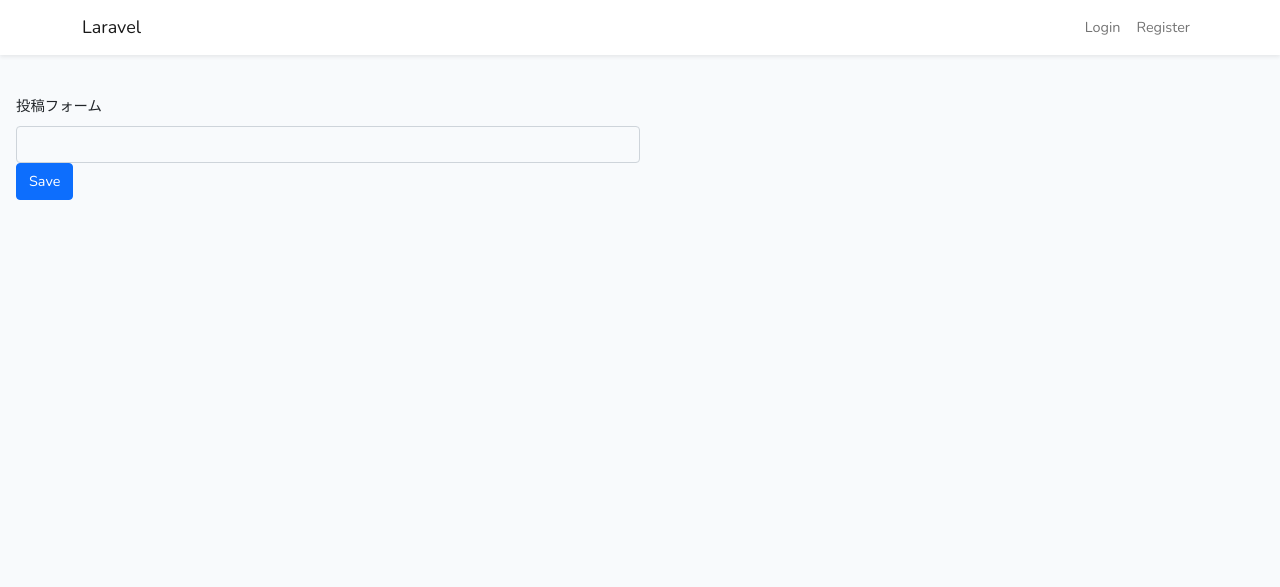
Repository: mmtt83/laravel_myproject
Page: http://localhost/post
The author's editor kept a record of every edit. The page is drawn from the files as they stood at one moment, then again after the next edit.
The browser window is 1280 px wide. The pictures show the whole page.
The page is served by the project's Laravel application, run on PHP 8.4 with Laravel 9. Other server files are loaded and not shown. Queries for data that is not in the repository find no rows.

Above is the page before.

### cms/app/Providers/AppServiceProvider.php
<?php

namespace App\Providers;

use Illuminate\Support\ServiceProvider;
use Illuminate\Routing\UrlGenerator;

class AppServiceProvider extends ServiceProvider
{
    /**
     * Register any application services.
     *
     * @return void
     */
    public function register()
    {
        //
    }

    /**
     * Bootstrap any application services.
     *
     * @return void
     */
    public function boot(UrlGenerator $url)
    {
        $url->forceScheme('https');
    }
}

### cms/routes/web.php
<?php

use Illuminate\Support\Facades\Route;
use App\Models\Post;
use Illuminate\Http\Request;
use App\Http\Controllers\PostsController;
use App\Http\Controllers\ImgController;
/*
|--------------------------------------------------------------------------
| Web Routes
|--------------------------------------------------------------------------
|
| Here is where you can register web routes for your application. These
| routes are loaded by the RouteServiceProvider within a group which
| contains the "web" middleware group. Now create something great!
|
*/

//一覧表示
Route::get('/', [PostsController::class, 'index']);

//登録処理
Route::post('/posts', [PostsController::class, 'store']);

//更新画面
Route::get('/postsedit/{post}',[PostsController::class, 'edit']);

//更新処理
Route::post('posts/update',[PostsController::class, 'update']);

//登録を削除
Route::delete('/post/{post}',[PostsController::class, 'destroy']);

//画像アップロード画面表示
Route::get('/post', [PostsController::class,'index']);

//画像アップロード処理
Route::post('/post/upload',[ImgController::class, 'upload']);

Auth::routes();

Route::get('/home', [App\Http\Controllers\HomeController::class, 'index'])->name('home');

### cms/app/Http/Controllers/PostsController.php
<?php

namespace App\Http\Controllers;

use Illuminate\Http\Request;
use App\Models\Post;
use App\Models\User;
use Auth;
use Validator;
use Illuminate\Support\Str;

class PostsController extends Controller
{
    /**
     * Display a listing of the resource.
     *
     * @return \Illuminate\Http\Response
     */
    //一覧表示
    public function index()
    {
        //全ての投稿を取得
        $posts = Post::get();

        return view('posts',['posts'=>$posts]);
    }

    /**
     * Show the form for creating a new resource.
     *
     * @return \Illuminate\Http\Response
     */
    public function create()
    {
        //
    }

    /**
     * Store a newly created resource in storage.
     *
     * @param  \Illuminate\Http\Request  $request
     * @return \Illuminate\Http\Response
     */
    //登録処理
    public function store(Request $request)
    {
        //バリデーション
        $validator = Validator::make($request->all(), [
            'post_title' => 'required|max:255',
            'post_body' => 'required|max:255',
            ]);
        //バリデーションエラー
        if($validator->fails()){
            return redirect('/')
                ->withInput()
                ->withErrors($validator);
        }

        $file = $request->file('cover_img');
        if(!empty($file)){
            $filename = $file->getClientOriginalName();   //ファイル名を取得
            $move = $file->move('./upload/',$filename); //ファイルを移動
        }else{
            $filename = "";
        }

        //以下に登録処理を記述(Eloquentモデル)
        $posts = new Post;
        $posts->category = $request->category;
        $posts->post_title = $request->post_title;
        $posts->post_body = $request->post_body;
        $posts->select_time = $request->select_time;
        $posts->cover_img = $filename;
        $posts->user_id = Auth::id(); //ここでログインしているユーザーidを登録する
        $posts->save();

        return redirect('/');

    }

    /**
     * Display the specified resource.
     *
     * @param  int  $id
     * @return \Illuminate\Http\Response
     */
    public function show($id)
    {
        //
    }

    /**
     * Show the form for editing the specified resource.
     *
     * @param  int  $id
     * @return \Illuminate\Http\Response
     */
    //更新画面
    public function edit(Post $post)
    {
        return view('postsedit', ['post'=>$post]);
    }

    /**
     * Update the specified resource in storage.
     *
     * @param  \Illuminate\Http\Request  $request
     * @param  int  $id
     * @return \Illuminate\Http\Response
     */
    //更新処理
    public function update(Request $request)
    {
        //バリデーション
        $validator = Validator::make($request->all(),[
            'post_title'=>'required|max:255',
            ]);
        if($validator->fails()){
            return redirect('/')
                ->withInput()
                ->withErrors($validator);
        }
        $file = $request->file('cover_img');
        if(!empty($file)){
            $filename = $file->getClientOriginalName();   //ファイル名を取得
            $move = $file->move('./upload/',$filename); //ファイルを移動
        }else{
            $filename = "";
        }
        //Eloquentモデル
        $posts = Post::find($request->id);
        $posts->category = $request->category;
        $posts->post_title = $request->post_title;
        $posts->post_body = $request->post_body;
        $posts->select_time = $request->select_time;
        $posts->cover_img = $filename;
        $posts->user_id = Auth::id(); //ここでログインしているユーザーidを登録する
        $posts->save();
        return redirect('/');

    }

    /**
     * Remove the specified resource from storage.
     *
     * @param  int  $id
     * @return \Illuminate\Http\Response
     */
    //登録を削除
    public function destroy(Post $post)
    {
        $post->delete();
        return redirect('/');
    }

    //画像をアップロード処理
    public function upload(Request $request){

        //バリデーション
        $validator = $request->validate([
            'img' => 'required|file|image|max:2048',
            ]);

            //画像ファイルの取得
            $file = $request->img;

            //ログインユーザー取得
            $user = Auth::user();

            if(!empty($file)) {
                //ファイルの拡張子取得
                $ext = $file->guessExtension();

                //ファイル名を生成
                $fileName = Str::random(32).'.'.$ext;

                //画像ファイル名を任意のDBに保存
                $user->cover_img=$fileName;
                $user->save();

                //public/uploadフォルダを作成
                $target_path = public_path('/upload/');

                //ファイルをpublic/uploadフォルダに移動
                $file->move($target_path,$fileName);

            }else{
                return redirect('/');
            }
            return redirect('/post');
    }
}

### cms/app/Models/Post.php
<?php

namespace App\Models;

use Illuminate\Database\Eloquent\Factories\HasFactory;
use Illuminate\Database\Eloquent\Model;

class Post extends Model
{
    use HasFactory;

    //Usersテーブルとのリレーション（従テーブル側）
    public function user(){
        return $this->belongsTo('App\Models\User');
    }
}

### cms/resources/views/posts.blade.php
 @extends('layouts.app')
 @section('content')
     <!-- Bootstrapの定形コード… -->
     <div class="card-body">
         <div class="card-title">
             投稿フォーム
         </div>
         <!-- バリデーションエラーの表示に使用-->
     	@include('common.errors')
         <!-- 本登録フォーム -->
         <form action="{{ url('posts') }}" method="POST" class="form-horizontal">
             {{ csrf_field() }}
             <!-- 本のタイトル -->
             <div class="form-group">
                 <div class="col-sm-6">
                     <input type="text" name="post_title" class="form-control">
                 </div>
             </div>
             <!-- 本 登録ボタン -->
             <div class="form-group">
                 <div class="col-sm-offset-3 col-sm-6">
                     <button type="submit" class="btn btn-primary">
                         Save
                     </button>
                 </div>
             </div>
         </form>
     </div>
     <!-- Book: 既に登録されてる本のリスト -->
     <!-- 現在の本 -->
     @if (count($posts) > 0)
         <div class="card-body">
             <div class="card-body">
                 <table class="table table-striped task-table">
                     <!-- テーブルヘッダ -->
                     <thead>
                         <th>本一覧</th>
                         <th>&nbsp;</th>
                     </thead>
                     <!-- テーブル本体 -->
                     <tbody>
                         @foreach ($posts as $post)
                             <tr>
                                 <!-- 本タイトル -->
                                 <td class="table-text">
                                     <div>{{ $post->post_title }}</div>
                                 </td>
 			        <!-- 本: 削除ボタン -->
                                 <td>
                                 </td>
                             </tr>
                         @endforeach
                     </tbody>
                 </table>
             </div>
         </div>
    @endif
 @endsection

### cms/resources/views/common/errors.blade.php
 @if (count($errors) > 0)
     <!-- Form Error List -->
     <div class="alert alert-danger">
         <div><strong>入力した文字を修正してください。</strong></div>
         <div>
             <ul>
             @foreach ($errors->all() as $error)
                 <li>{{ $error }}</li>
             @endforeach
             </ul>
         </div>
     </div>
 @endif

Loaded but not shown: cms/app/Http/Controllers/Auth/ConfirmPasswordController.php (common file); cms/app/Http/Controllers/Controller.php (common file); cms/resources/views/layouts/app.blade.php (common file); cms/lang/en.json (common file); cms/public/css/app.css (library)

After the next edit:
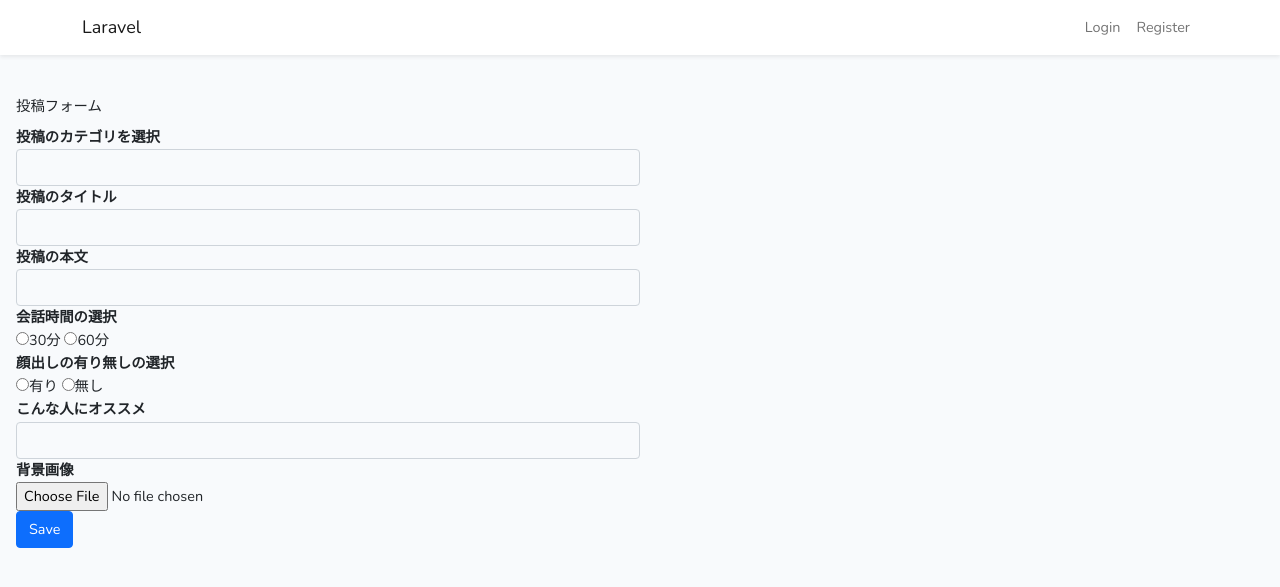
The edit:
--- a/cms/resources/views/posts.blade.php
+++ b/cms/resources/views/posts.blade.php
@@ -11,11 +11,59 @@
          <form action="{{ url('posts') }}" method="POST" class="form-horizontal">
              {{ csrf_field() }}
              <!-- 本のタイトル -->
-             <div class="form-group">
-                 <div class="col-sm-6">
-                     <input type="text" name="post_title" class="form-control">
-                 </div>
-             </div>
+             <!--投稿のカテゴリ選択-->
+                <div class="form-group">
+                    <strong>投稿のカテゴリを選択</strong>
+                    <div class="col-sm-6">
+                        <input type="text" name="category" class="form-control">
+                    </div>
+                </div>
+                <!--投稿のタイトル-->
+                <div class="form-group">
+                    <strong>投稿のタイトル</strong>
+                    <div class="col-sm-6">
+                        <input type="text" name="post_title" class="form-control">
+                    </div>
+                </div>
+                <!--投稿の本文-->
+                <div class="form-group">
+                    <strong>投稿の本文</strong>
+                    <div class="col-sm-6">
+                        <input type="text" name="body" class="form-control">
+                    </div>
+                </div>
+                <!--会話時間-->
+                <div class="form-group">
+                    <strong>会話時間の選択</strong>
+                    <div class="col-sm-6">
+                        <input type="radio" name="time_setting" value="30分">30分</input>
+                        <input type="radio" name="time_setting" value="60分">60分</input>
+                    </div>
+                </div>
+                <!--顔出しの有り無しの選択-->
+                <div class="form-group">
+                    <strong>顔出しの有り無しの選択</strong>
+                    <div class="col-sm-6">
+                        <input type="radio" name="display" value="有り">有り</input>
+                        <input type="radio" name="display" value="無し">無し</input>
+                    </div>
+                </div>
+                <!--こんな人にオススメ-->
+                <div class="form-group">
+                    <strong>こんな人にオススメ</strong>
+                    <div class="col-sm-6">
+                        <input type="text" name="recommend" class="form-control">
+                    </div>
+                </div>
+                <!--背景画像-->
+                <div class="form-group">
+                    <strong>背景画像</strong>
+                    <div class="col-sm-6">
+                        <div class="form-group">
+                            <input id="fileUploader" type="file" name="cover_img">
+                        </div>
+                    </div>
+                </div>
              <!-- 本 登録ボタン -->
              <div class="form-group">
                  <div class="col-sm-offset-3 col-sm-6">
